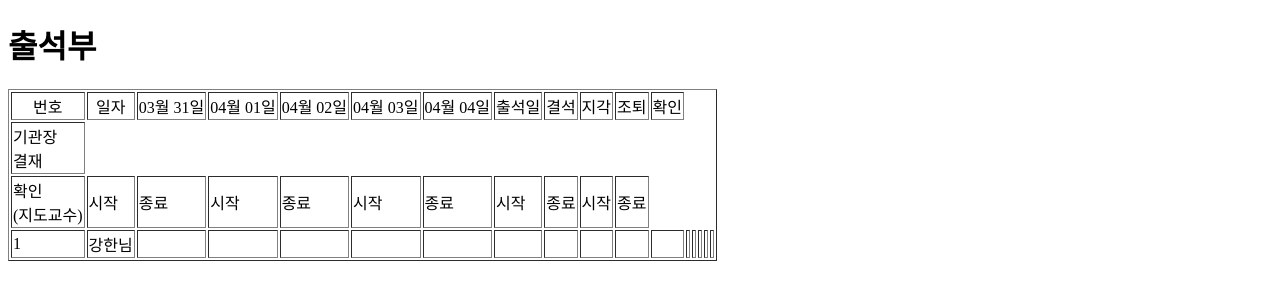
Repository: zzzzzzin/Client
Page: ClientTest/src/main/webapp/문제/Q11.html
An editor plug-in stored every save of this project. The page is shown before and after the next save, followed by the edit.
The browser window is 1280 px wide. The pictures show the whole page.

Above is the page before, as saved 2024-03-13 08:39:58.

After the next save:
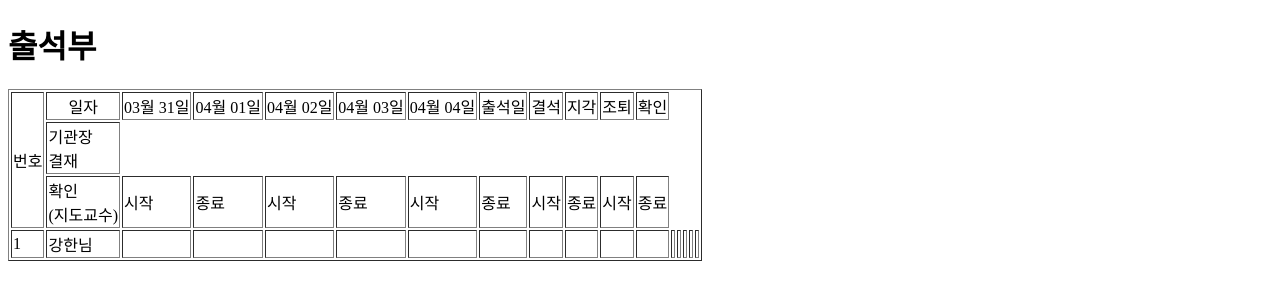
Saved 82 s later.
--- a/ClientTest/src/main/webapp/문제/Q11.html
+++ b/ClientTest/src/main/webapp/문제/Q11.html
@@ -8,7 +8,7 @@
 <h1>출석부</h1>
 	<table border="1">
 		<tr align="center">
-			<td>번호</td>
+			<td rowspan="3">번호</td>
 			<td>일자</td>
 			<td>03월 31일</td>
 			<td>04월 01일</td>
